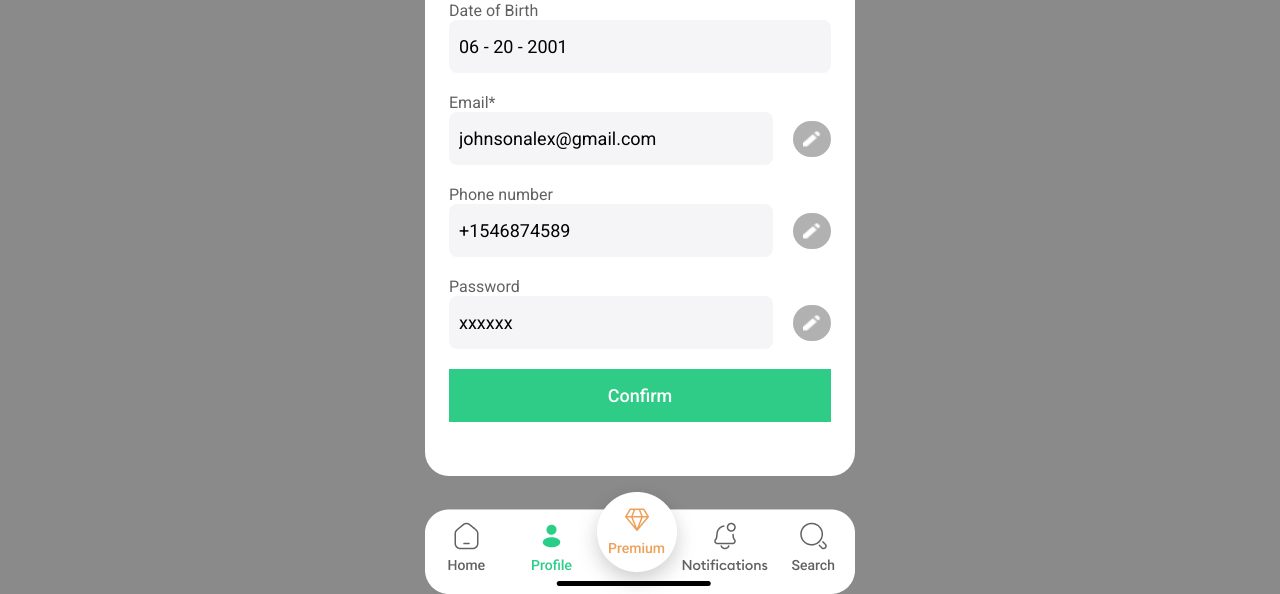
Repository: AytacSafarova/Task-figma-ui
Page: index.html
The author's editor kept a copy of each file at every save. The page is drawn from the files as they stood at one save, then again after the next save.
The browser window is 1280 px wide. The pictures show the part of the page from y = 300 to 894 px (the page is 894 px tall).

Above is the page before, as saved 2023-02-25 19:38:01.

### index.html
<html lang="en">
  <head>
    <meta charset="UTF-8" />
    <meta http-equiv="X-UA-Compatible" content="IE=edge" />
    <meta name="viewport" content="width=device-width, initial-scale=1.0" />
    <link rel="stylesheet" href="./index.css" />
    <title>Document</title>
  </head>
  <body>
    <div>
    <div class="container">
      <header>
  <img class="arrow" src="./images/arrow.png" alt="">
            <div class="avatarCollaj">
                <img
                class="avatar"
                src="./images/profle.png"
                alt=""
              />

          <div class="circle">
            <img class="vector" src="./images/Vector (1).svg" alt="" />
          </div>
        </div>


        <h1>Alex Johnson</h1>
      </header>
      <div class="main" >
        <main>
        <form action="">
            <div class="form_title collaj">
              <div class="name">
                <label> First Name </label>

                <input type="text" value="Alex" name="name" />
              </div>
              <div>
                <label> Last Name </label>

                <input type="text" value="Johnson" name="name" />
              </div>
            </div>
            <div class="collaj">
              <label> Date of Birth </label>

              <input type="text" value="06 - 20 - 2001" name="name" />
            </div>
            <div class="collaj">


                    <div class="inputLabel collaj">
                <label> Email* </label>
                <div class="iconCollaj">

                <input type="email" value="johnsonalex@gmail.com" name="name" />
            <div class="circle">
                <img class="vector" src="./images/Vector.png" alt="" />
              </div>
              </div>
            </div>

            <div class="inputLabel collaj">
                <label> Phone number </label>
                <div class="iconCollaj">

                <input type="text" value="+1546874589" name="name" />
            <div class="circle">
                <img class="vector" src="./images/Vector.png" alt="" />
              </div>
              </div>
            </div>

            <div class="inputLabel collaj">
                <label> Password </label>
                <div class="iconCollaj">

                <input type="email" value="xxxxxx" name="name" />
            <div class="circle">
                <img class="vector" src="./images/Vector.png" alt="" />
              </div>
              </div>
            </div>
    <button type="submit">Confirm</button>

          </form>
        </main>
          <footer>
            <img src="./images/Frame 631814.png" alt="">
             </footer>
      </div>

    </div>

</div>

  </body>
</html>

### index.css
@import url("https://fonts.googleapis.com/css2?family=Roboto:wght@500&display=swap");
@import url("https://fonts.googleapis.com/css2?family=Roboto:wght@400;500&display=swap");
* {
  margin: 0;
  padding: 0;
  box-sizing: border-box;
  font-family: Roboto;
}

body {
  background-color: #8a8a8a;
}
.main {
  /* position: relative; */
}
.container {
  width: 430px;
  height: 300px;
  margin: auto;
  border-radius: 24px;
  background: url("https://s3-alpha-sig.figma.com/img/57b8/21bf/6524281b206b72b0a1e17ab08fcf408b?Expires=1678060800&Signature=dZr-K2lwCE5Ckigf8QIxtUhl4TSk0ueejeN7rzCABBnDdToaoYx6nvx2pfkPRKs3~RrBl3GVAyqyEErQNYz-m44bJhV8wbvuoMJ49wxPzzn9-0Sgw35hLz0NSfZkSt4I9YBHM~4CtEH9RewWUhYXG7wU~Q673cPwz~8AbHmEhhuf-W5gD7fRQ91oeiRSaWbOoqbtEVegcvQSyFqxg~x0XWy320~T2FflFitpdu8m3Dna8qcPfX-R6h4CRemO9pB3ltmRu5sw~9qQqcKZLnXpAYFp~rEi~s35MusP6q3sR1inW15SvQsk31uTd5wMDaGITWMuBbP8cCNfFlhLJKeYrA__&Key-Pair-Id=APKAQ4GOSFWCVNEHN3O4");
}
header {
  padding-top: 37px;
  padding-left: 10px;
}

.avatarCollaj {
  margin: auto;
  width: 90px;
  height: 90px;
  position: relative;
}
.avatar {
  width: 90px;
  height: 90px;
  border-radius: 50%;
  object-fit: fill;
}
.arrow{
    width: 50px;
    height: 50px;
    position: absolute;
}

.circle {
  width: 37.95px;
  height: 36px;
  border-radius: 24px;
  padding: 10px;
  background-color: #b1b1b1;
}
.avatarCollaj .circle {
  position: absolute;
  right: -15px;
bottom: 0;
}
.vector {
  width: 17.95px;
  height: 16px;
}
h1 {
  font-family: Roboto;
  font-weight: 400;
  font-size: 24px;
  line-height: 28px;
  letter-spacing: 1%;
  color: #ffffff;
  text-align: center;
  margin-top: 10px;
  margin-bottom: 10px;
}

form {
  border-radius: 24px;
  background-color: #ffffff;
  padding-top: 34px;
  padding-bottom: 34px;
  padding-left: 24px;
  padding-right: 24px;
}
main{

}
.form_title {
  display: flex;
}
.form_title input {
  width: 181px;
  height: 53px;
}
input {
  background-color: #f5f5f7;

  width: 100%;
  padding-top: 16px;
  padding-bottom: 16px;
  padding-left: 10px;
  border: none;
  border-radius: 8px;
  font-weight: 400;
  color: #000000;
  font-size: 18px;
}
label {
  display: block;
  color: #616161;
}
.name {
  margin-right: 20px;
}
.collaj {
  margin-bottom: 20px;
}
.iconCollaj {
  display: flex;
}
.iconCollaj .circle {
  margin: auto;
  margin-left: 20px;
}
.inputLabel input {
  width: 337px;
  height: 53px;
}

button {
  background-color: #2fcc87;
  width: 100%;
  padding-top: 16px;
  padding-bottom: 16px;
  text-align: center;
  color: #ffffff;
  font-size: 18px;
  border: none;
  font-family: Roboto;
  font-weight: 500;
}
footer {
  /* position: absolute; */
  left: 0;
  bottom: 0;
}

After the next save:
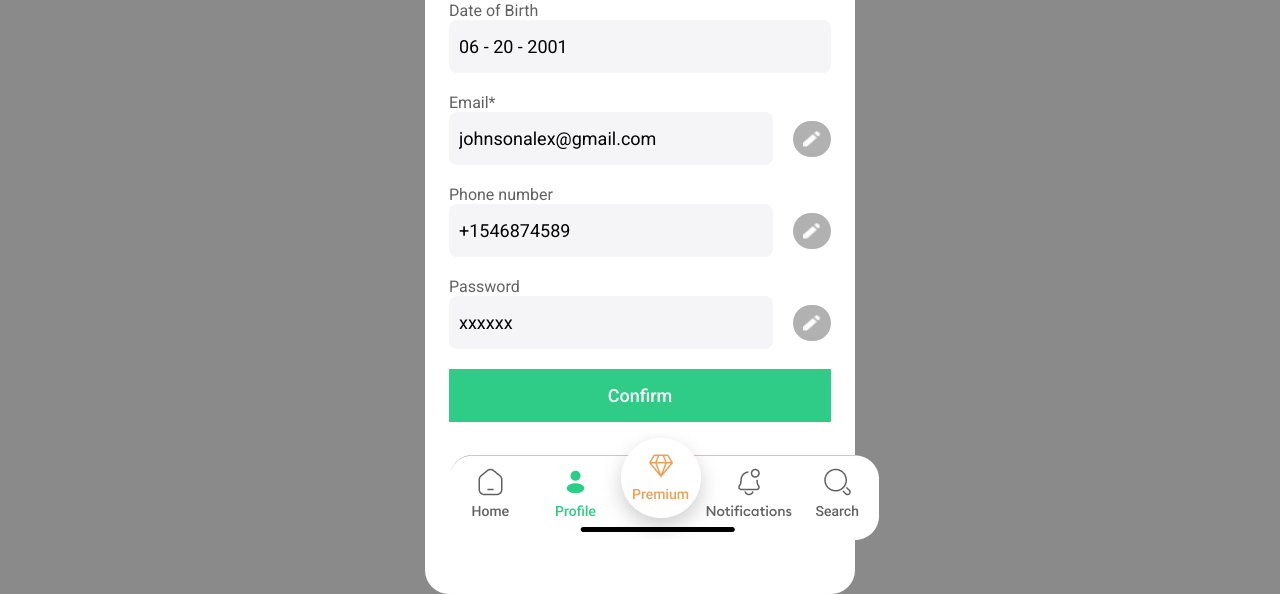
Saved 35 s later.
--- a/index.html
+++ b/index.html
@@ -84,7 +84,6 @@
     <button type="submit">Confirm</button>
 
           </form>
-        </main>
           <footer>
             <img src="./images/Frame 631814.png" alt="">
              </footer>

After the 4 saves that followed:
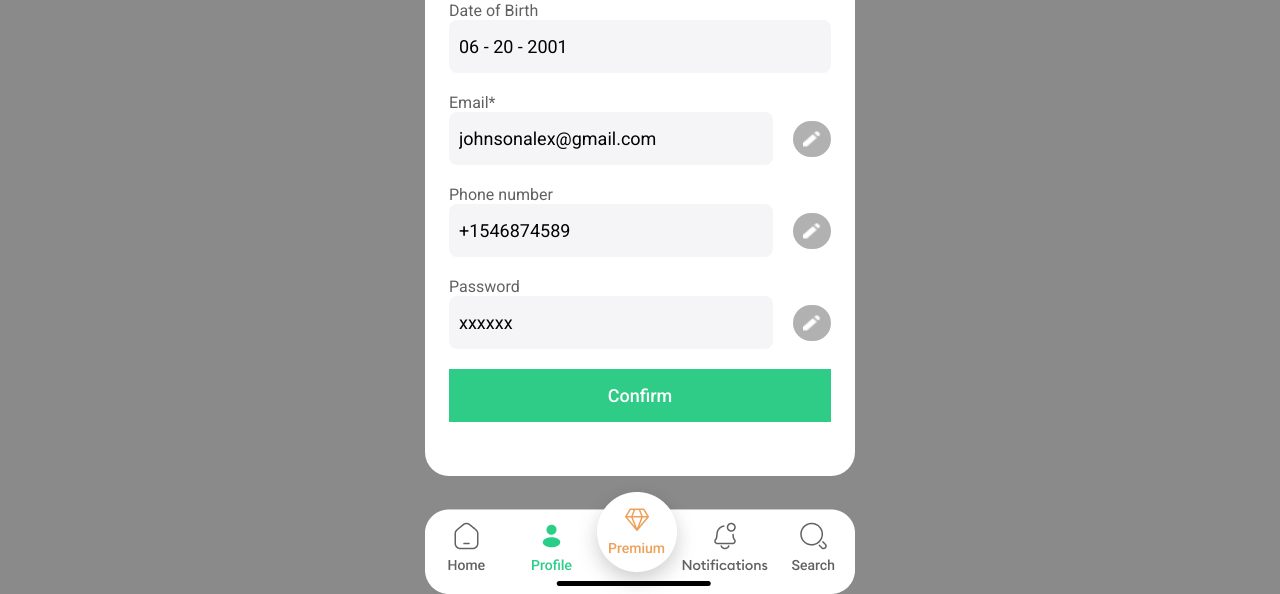
The 4 saves are shown as one change because 1 left the picture as it was and some came seconds apart.
The last was saved 15 s later.
--- a/index.html
+++ b/index.html
@@ -84,6 +84,7 @@
     <button type="submit">Confirm</button>
 
           </form>
+        </main>
           <footer>
             <img src="./images/Frame 631814.png" alt="">
              </footer>
